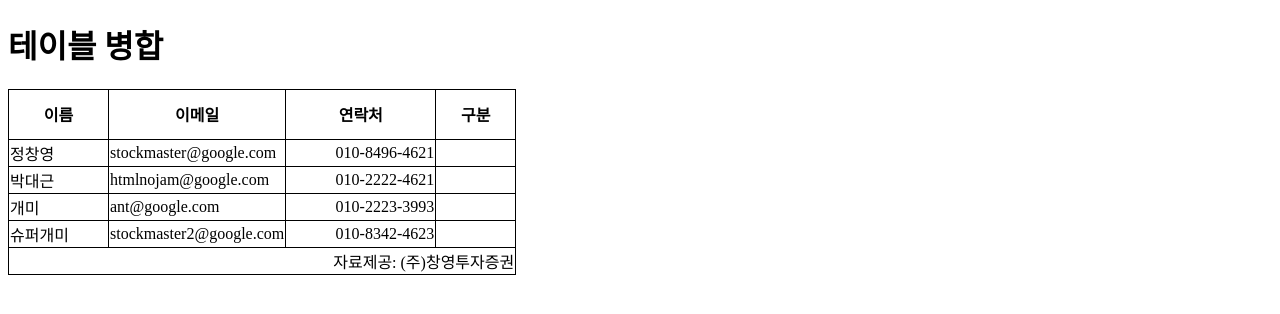
Repository: keeka2/webPractice
Page: MyStudy/HTML_Study/work/0821/WebContent/ex5_table.html
The author's editor kept a copy of each file at every save. The page is drawn from the files as they stood at one save, then again after the next save.
The browser window is 1280 px wide. The pictures show the whole page.

Above is the page before, as saved 2020-08-21 06:24:58.

### MyStudy/HTML_Study/work/0821/WebContent/ex5_table.html
<!DOCTYPE html>
<html>
<head>
<meta charset="UTF-8">
<title>Insert title here</title>
</head>

<style>
table{
	table: 500px;
	border: 1px solid black;
	border-collapse: collapse;
}
th,td{/*th또는 td를 만나면 수행*/
	border: 1px solid black;
}
thead>tr{/* thead의 자식 요소들 중...(>) thead의 tr에게만 적용*/
	height: 50px;
	background-color: #fffff;
}
.txt_r{
	text-align: right;
}
</style>
<body>
	<header>
		<h1>테이블 병합<h1/>
	</header>
	<article><!-- 현재문서의 본문 -->
		<div>
			<table>
				<colgroup>
					<col width="100"/>
					<col width="*"/>
					<col width="150"/>
					<col width="80"/>
				</colgroup>
				<tfoot>
					<tr><!-- 4개의 열을 하나로 병합 -->
					<td colspan="4" class="txt_r">자료제공: (주)창영투자증권</td>
					</tr>
				</tfoot>
				<tbody>
					<tr>
						<td>정창영</td>
						<td>stockmaster@google.com</td>
						<td class="txt_r">010-8496-4621</td>
						<td></td>
					</tr>
					<tr>
						<td>박대근</td>
						<td>htmlnojam@google.com</td>
						<td class="txt_r">010-2222-4621</td>
						<td></td>
					</tr>
					<tr>
						<td>개미</td>
						<td>ant@google.com</td>
						<td class="txt_r">010-2223-3993</td>
						<td></td>
					</tr>
					<tr>
						<td>슈퍼개미</td>
						<td>stockmaster2@google.com</td>
						<td class="txt_r">010-8342-4623</td>
						<td></td>
					</tr>
				</tbody>
				<thead>
					<tr>
						<th>이름</th>
						<th>이메일</th>
						<th>연락처</th>
						<th>구분</th>
					</tr>
				</thead>
			</table>
		</div>
	</article>
</body>
</html>

After the next save:
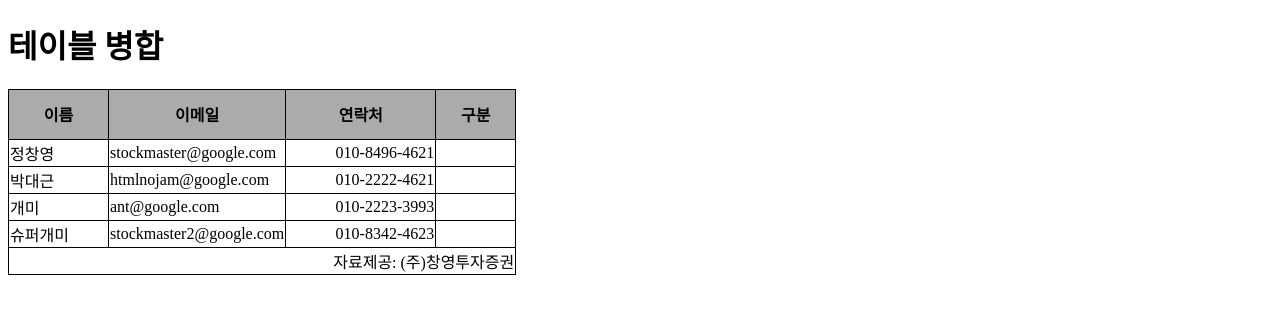
Saved 8 s later.
--- a/MyStudy/HTML_Study/work/0821/WebContent/ex5_table.html
+++ b/MyStudy/HTML_Study/work/0821/WebContent/ex5_table.html
@@ -16,7 +16,7 @@
 }
 thead>tr{/* thead의 자식 요소들 중...(>) thead의 tr에게만 적용*/
 	height: 50px;
-	background-color: #fffff;
+	background-color: #ababab;
 }
 .txt_r{
 	text-align: right;
